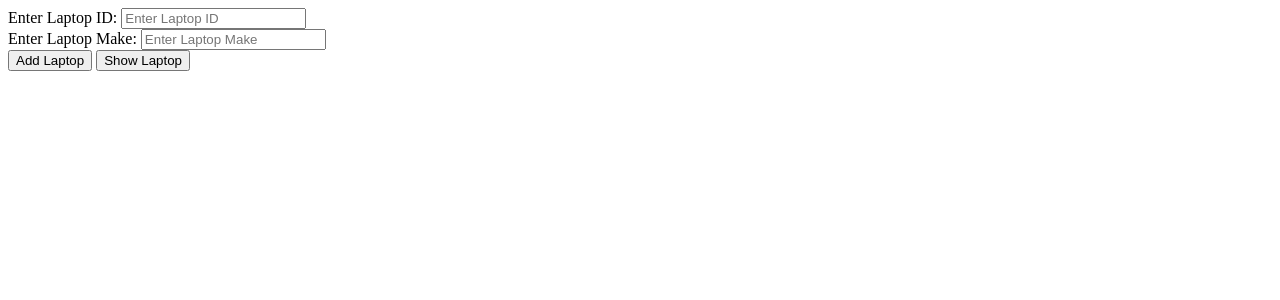
Repository: satvikagrasani/Spring-WorkSpace
Page: SpringMVC/WebAppDemo/AssignmentApp/src/main/webapp/index.html
An editor plug-in stored every save of this project. The page is shown before and after the next save, followed by the edit.
The browser window is 1280 px wide. The pictures show the whole page.

Above is the page before, as saved 2023-08-21 09:45:47.

After the next save:
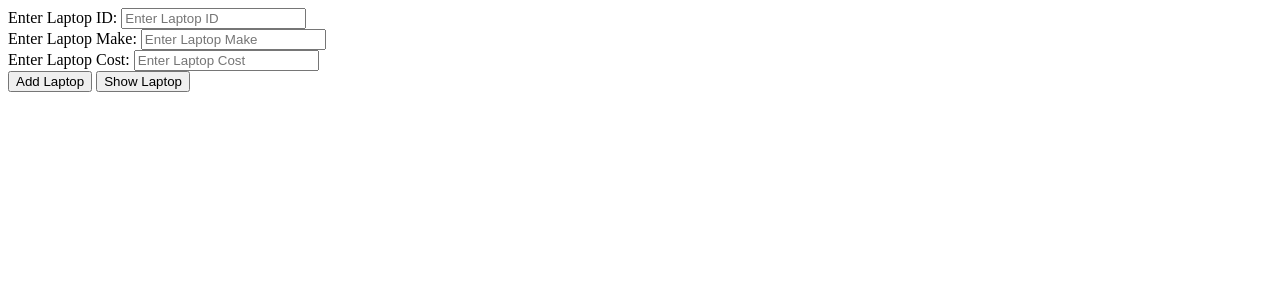
Saved 4 min 11 s later.
--- a/SpringMVC/WebAppDemo/AssignmentApp/src/main/webapp/index.html
+++ b/SpringMVC/WebAppDemo/AssignmentApp/src/main/webapp/index.html
@@ -5,9 +5,10 @@
 <title>Insert title here</title>
 </head>
 <body>
-	<form>
+	<form action="">
 		Enter Laptop ID: <input type="number" name="ID" placeholder="Enter Laptop ID"/><br>
 		Enter Laptop Make: <input type="text" name="Make" placeholder="Enter Laptop Make"/><br>
+		Enter Laptop Cost: <input type="number" name="Cost" placeholder="Enter Laptop Cost"/><br>
 		<input type="submit" value="Add Laptop"/>
 		<input type="button" value="Show Laptop"/>
 	</form>
